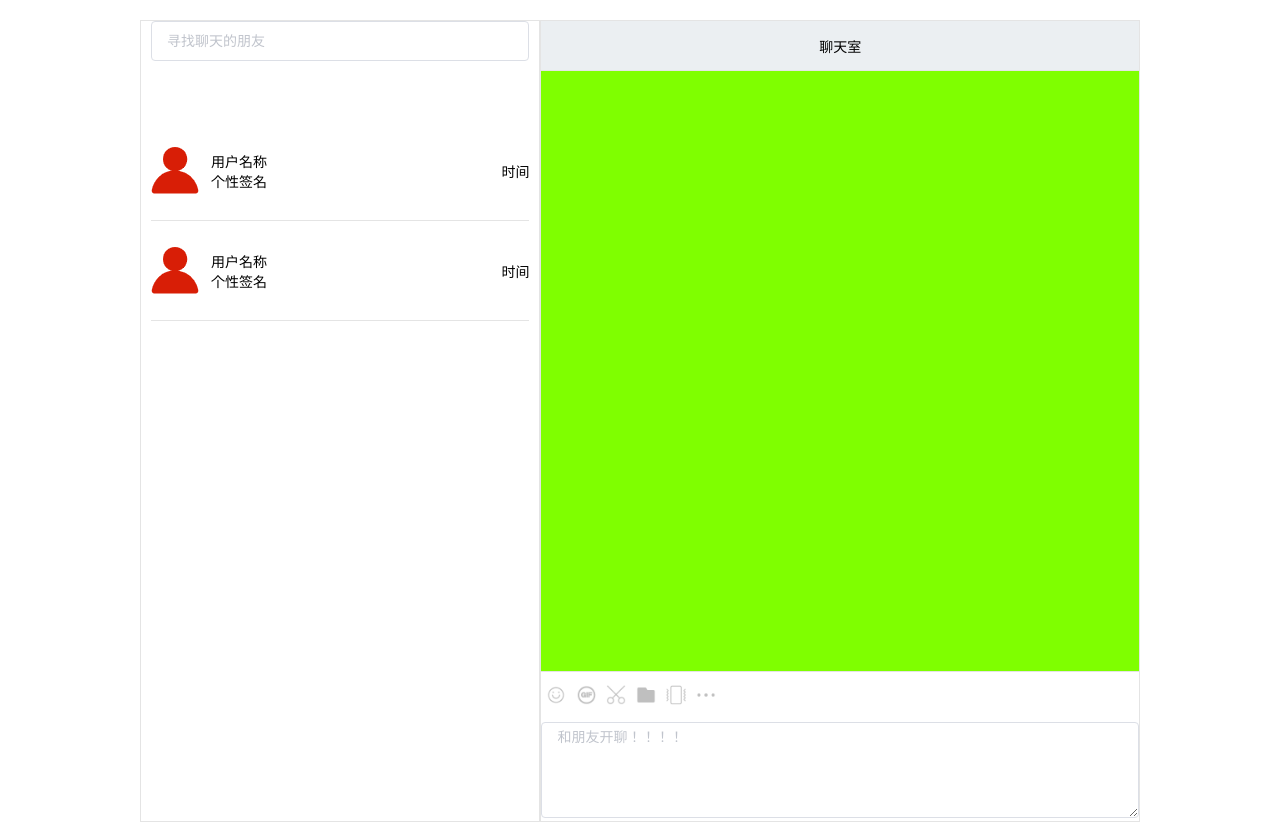
Repository: jinggegeZ/livechat
Page: /
The author's editor kept a copy of each file at every save. The page is drawn from the files as they stood at one save, then again after the next save.
The browser window is 1280 px wide. The pictures show the whole page.
The project was rebuilt for these pictures with package versions that can differ from the ones it lists, and the page was loaded fresh each time.

Above is the page before, as saved 2020-08-17 13:10:00.

After the next save:
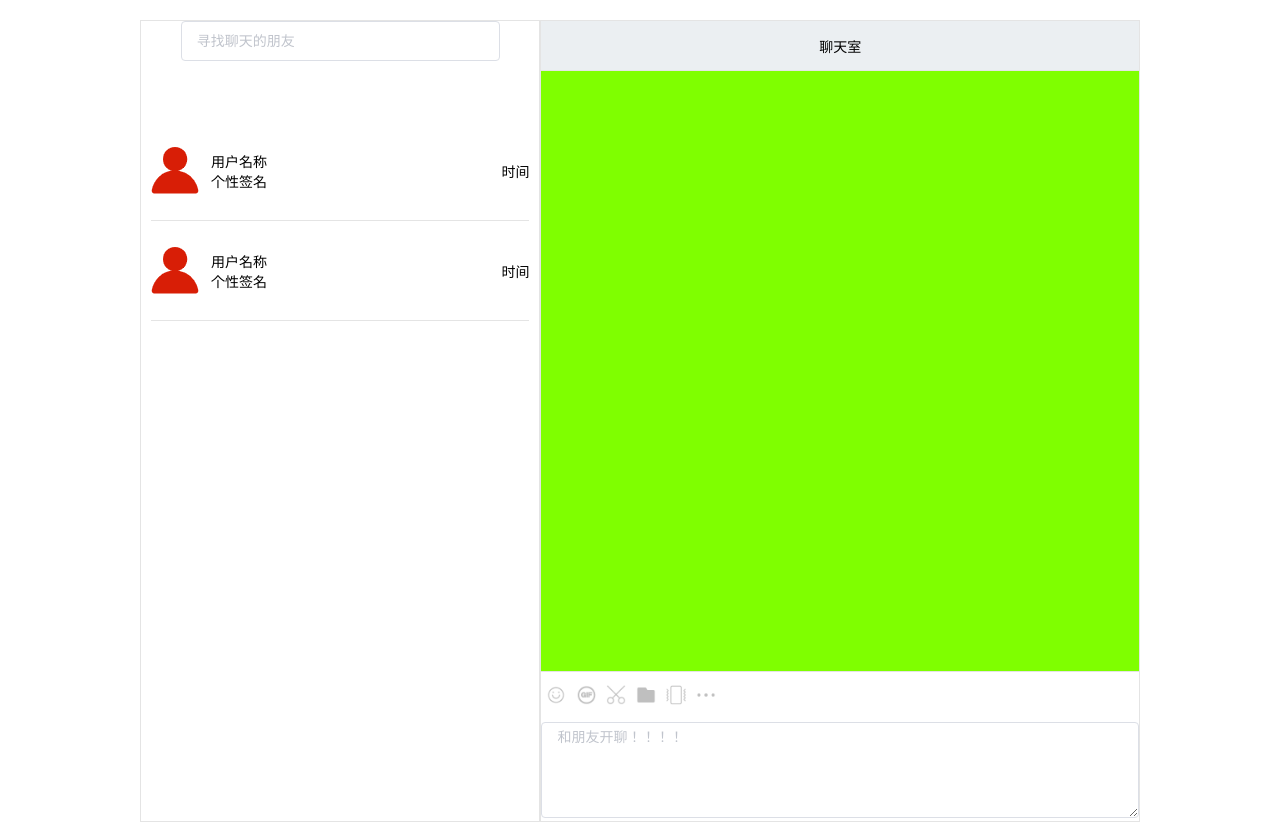
Saved 8 s later.
--- a/src/views/Home.vue
+++ b/src/views/Home.vue
@@ -137,7 +137,7 @@ export default {
   align-items: center;
 }
 .boxsearch1 {
-  width: 95%;
+  width: 80%;
   height: 100%;
 }
 .msgbox {
